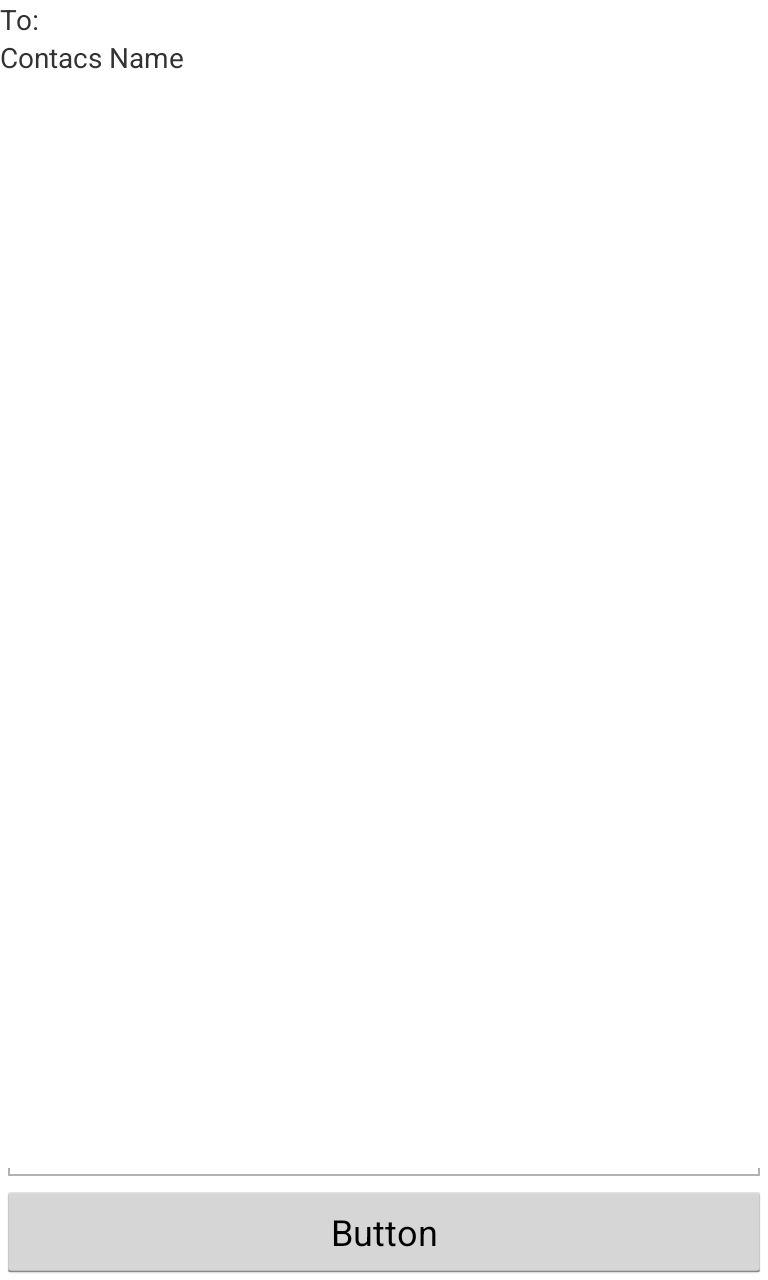
Repository: ya-ivanov/Android-Projects
Layout: Android Projects (OLD)/Simple Caller/SimpleCaller/res/layout/activity_sms.xml
These files come from the project's save history. The layout is drawn as it stood at one moment and after the next save; the edit follows.
It is drawn on a 768 x 1280 px phone screen (xhdpi) without system bars, with theme AppTheme; the app's code is not run.

Above is the layout before, as saved 2013-05-30 19:10:04.

### Android Projects (OLD)/Simple Caller/SimpleCaller/res/layout/activity_sms.xml
<?xml version="1.0" encoding="utf-8"?>
<LinearLayout xmlns:android="http://schemas.android.com/apk/res/android"
    android:layout_width="match_parent"
    android:layout_height="match_parent"
    android:orientation="vertical" >

    <TextView
        android:id="@+id/textView2"
        android:layout_width="wrap_content"
        android:layout_height="wrap_content"
        android:text="To: " />

    <TextView
        android:id="@+id/contsctName"
        android:layout_width="wrap_content"
        android:layout_height="wrap_content"
        android:text="Contacs Name"/>


    <EditText
        android:id="@+id/editText1"
        android:layout_width="match_parent"
        android:layout_height="wrap_content"
        android:layout_weight="1.03"
        android:ems="10">
    </EditText>

    <Button
        android:id="@+id/button1"
        android:layout_width="fill_parent"
        android:layout_height="wrap_content"
        android:text="Button" />

</LinearLayout>

Loaded but not shown: Android Projects (OLD)/Simple Caller/SimpleCaller/res/values-v11/styles.xml (common file); Android Projects (OLD)/Simple Caller/SimpleCaller/res/values-v14/styles.xml (common file); Android Projects (OLD)/Simple Caller/SimpleCaller/res/values/styles.xml (common file)

After the next save:
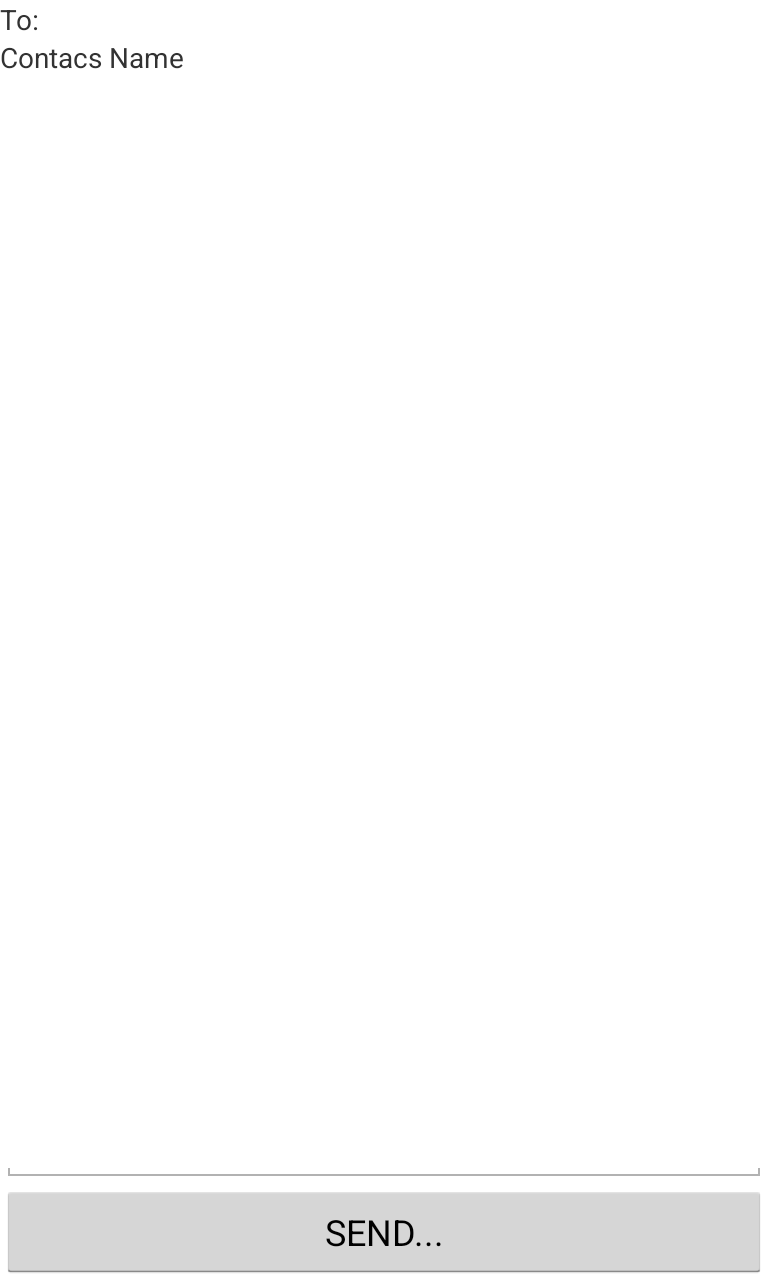
Saved 13 s later.
--- a/Android Projects (OLD)/Simple Caller/SimpleCaller/res/layout/activity_sms.xml
+++ b/Android Projects (OLD)/Simple Caller/SimpleCaller/res/layout/activity_sms.xml
@@ -26,9 +26,9 @@
     </EditText>
 
     <Button
-        android:id="@+id/button1"
+        android:id="@+id/send"
         android:layout_width="fill_parent"
         android:layout_height="wrap_content"
-        android:text="Button" />
+        android:text="SEND..." />
 
 </LinearLayout>
